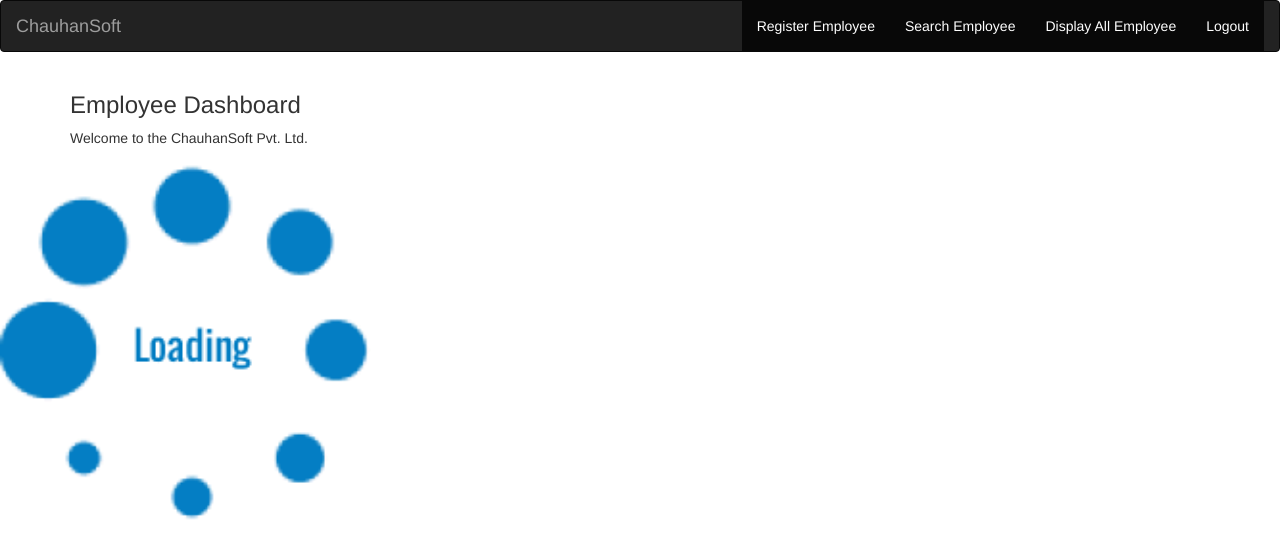
Repository: ErAdarshChauhan/Spring-Framework-5.0.0-Concepts
Page: http://localhost/sf-mvc-with-hibernate-crud-and-login-logout/WEB-INF/jsp/employeeDashboard.jsp
An editor plug-in stored every save of this project. The page is shown before and after the next save, followed by the edit.
The browser window is 1280 px wide. The pictures show the whole page.
The page is served by Tomcat 9. Nobody is signed in. The template is opened directly, without the code that normally fills it, so the values that code supplies are empty.

Above is the page before, as saved 2020-06-23 14:17:50.

After the next save:
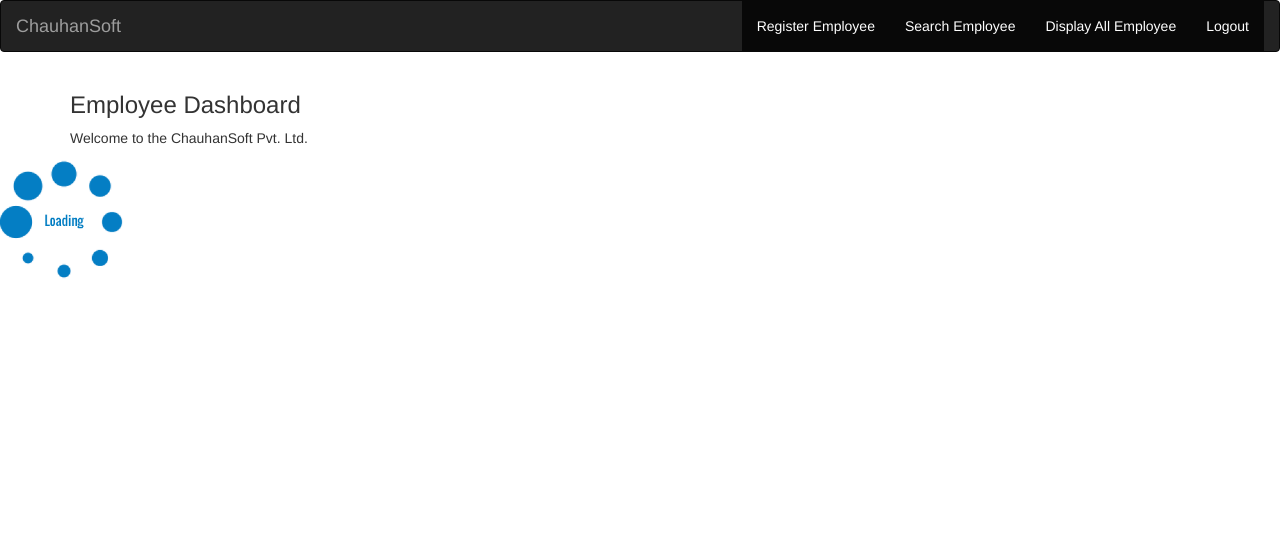
Saved 23 s later.
--- a/Spring-MVC-Projects/sf-mvc-with-hibernate-crud-and-login-logout/src/main/webapp/WEB-INF/jsp/employeeDashboard.jsp
+++ b/Spring-MVC-Projects/sf-mvc-with-hibernate-crud-and-login-logout/src/main/webapp/WEB-INF/jsp/employeeDashboard.jsp
@@ -39,6 +39,6 @@
   <h3>Employee Dashboard</h3>
   <p>Welcome <strong>${username}</strong> to the ChauhanSoft Pvt. Ltd.</p>
 </div>
-<img alt="image" src='<c:url value="/static/images/loading5.gif"></c:url>' width="30%" height="30%"/>
+<img alt="image" src='<c:url value="/static/images/loading5.gif"></c:url>' width="10%" height="10%"/>
 </body>
 </html>
